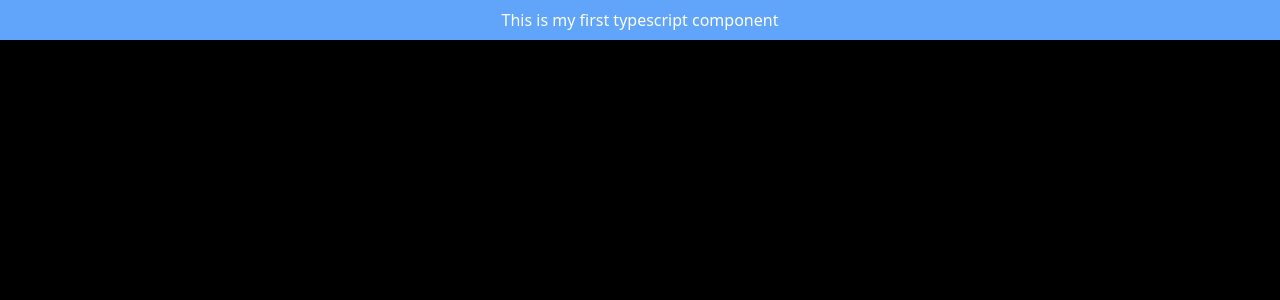
Repository: TMuse333/works-software-assessment
Page: /
The author's editor kept a copy of each file at every save. The page is drawn from the files as they stood at one save, then again after a run of saves.
The browser window is 1280 px wide. The pictures show the whole page.
The project was rebuilt for these pictures with package versions that can differ from the ones it lists, and the page was loaded fresh each time. Also part of the build but not shown: vite.config.js, src/components/note/note.jsx.

Above is the page before, as saved 2024-04-02 17:20:38.

After the next 2 saves:
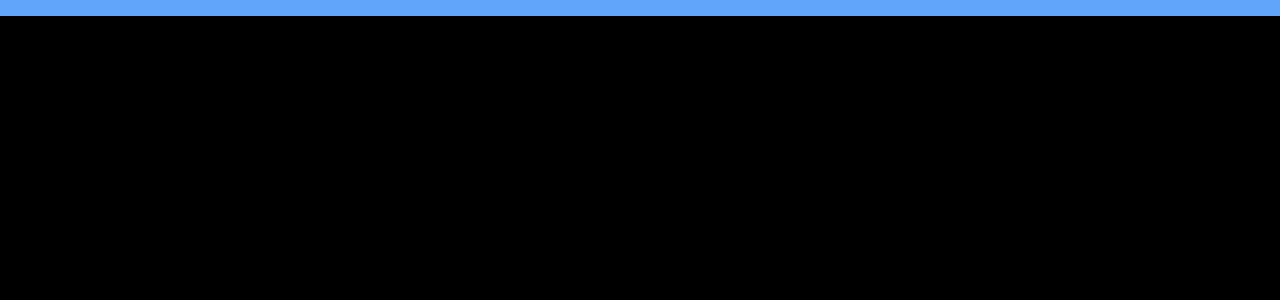
The 2 saves are shown as one change because they came seconds apart.
The last was saved 37 s later.
--- a/src/components/navbar/navbar.tsx
+++ b/src/components/navbar/navbar.tsx
@@ -5,7 +5,9 @@ const Navbar: React.FC = () => {
 
 return (
     <div className="relative bg-blue-400 p-2">
-        <h1 className="text-white">This is my first typescript component</h1>
+       <ul>
+
+       </ul>
     </div>
 )
 
